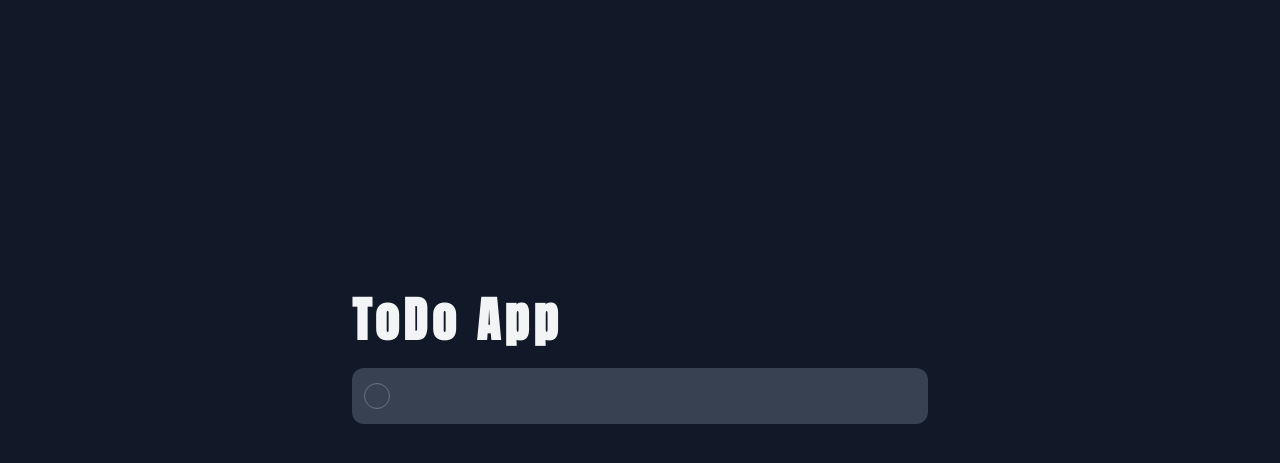
Repository: mvbri/app-todo-fullstack
Page: /
These files come from the project's save history. The page is drawn as it stood at one moment and after the next save; the edit follows.
The browser window is 1280 px wide. The pictures show the whole page.
The project was rebuilt for these pictures with package versions that can differ from the ones it lists, and the page was loaded fresh each time. Also part of the build but not shown: src/App.css.

Above is the page before, as saved 2023-04-09 12:31:41.

After the next save:
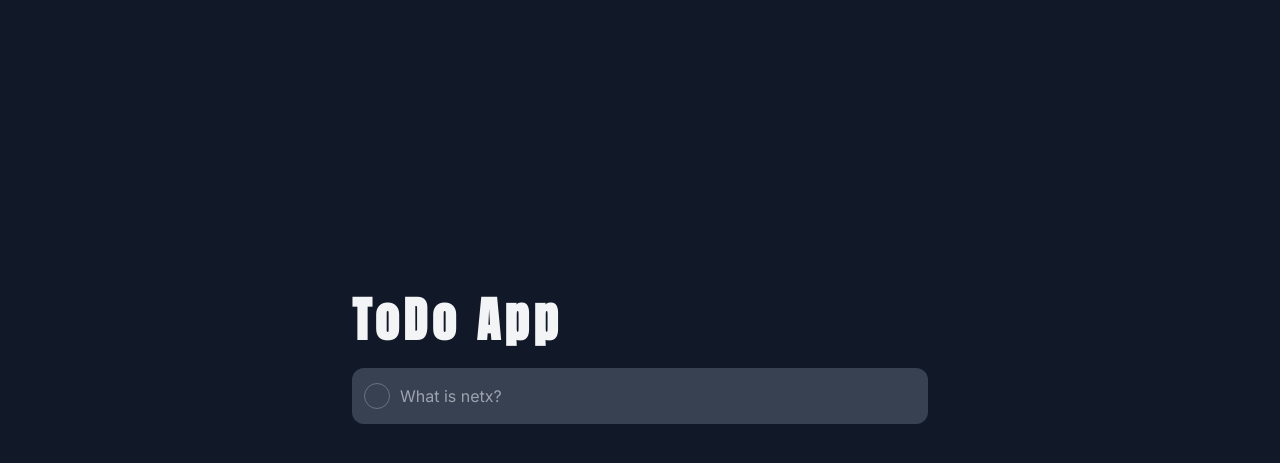
Saved 45 s later.
--- a/src/components/TodoInput.js
+++ b/src/components/TodoInput.js
@@ -9,6 +9,7 @@ function TodoInput() {
 			<input
 				type='text'
 				className='focus:shadow-lg font-inter focus:shadow-blue-800 pl-12 w-full py-4 bg-gray-700 rounded-xl outline-none trasitiona-all duration-300 ease-in-out'
+				placeholder='What is netx?'
 			></input>
 		</div>
 	);
